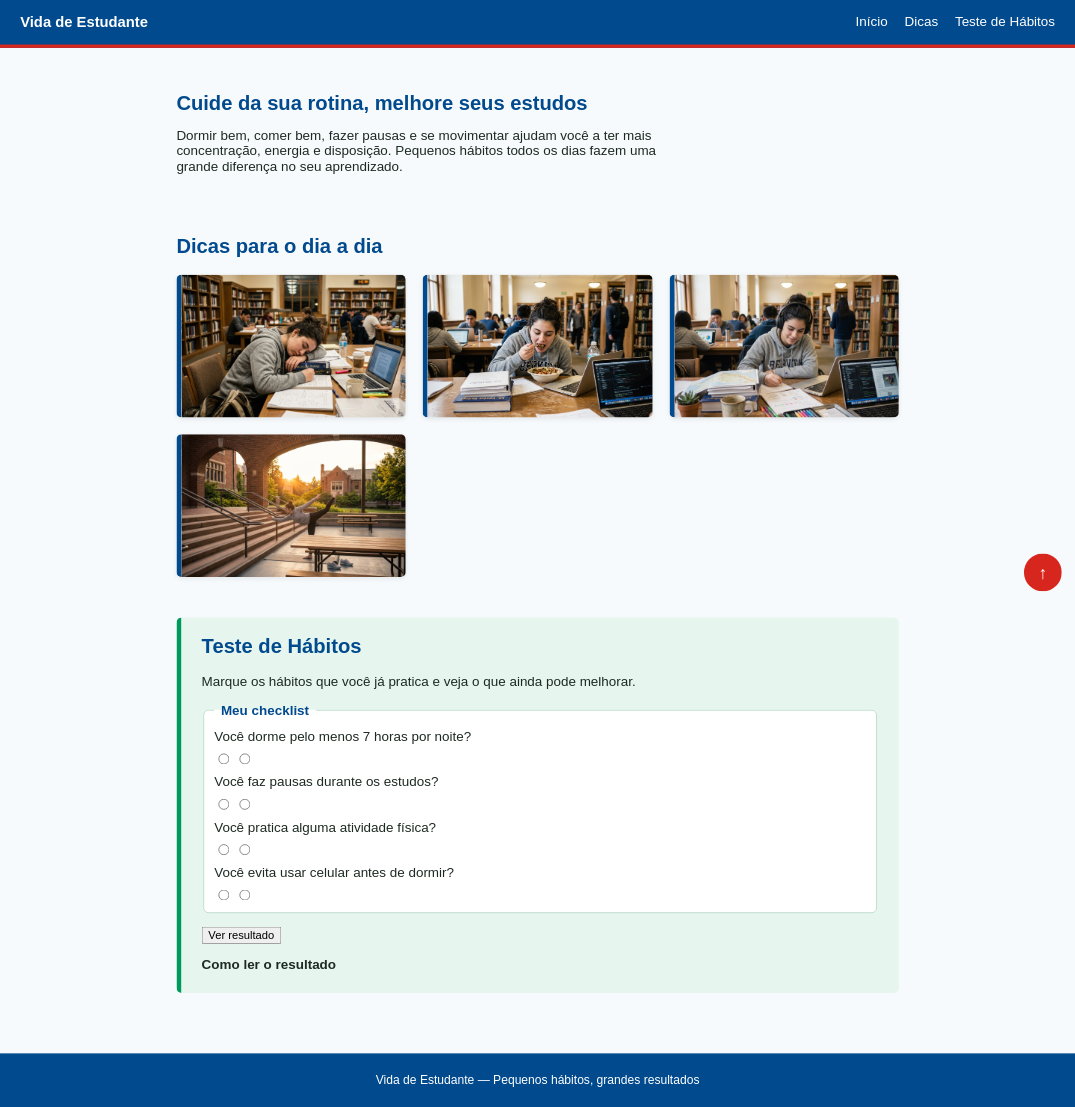
Repository: antonymsantana-design/healf-student
Page: index.html
These files come from the project's save history. The page is drawn as it stood at one moment and after a run of saves; the edit follows.
The browser window is 1280 px wide. The pictures show the whole page, at 84% of full size.

Above is the page before, as saved 2026-10-12 22:22:21.

After the next 2 saves:
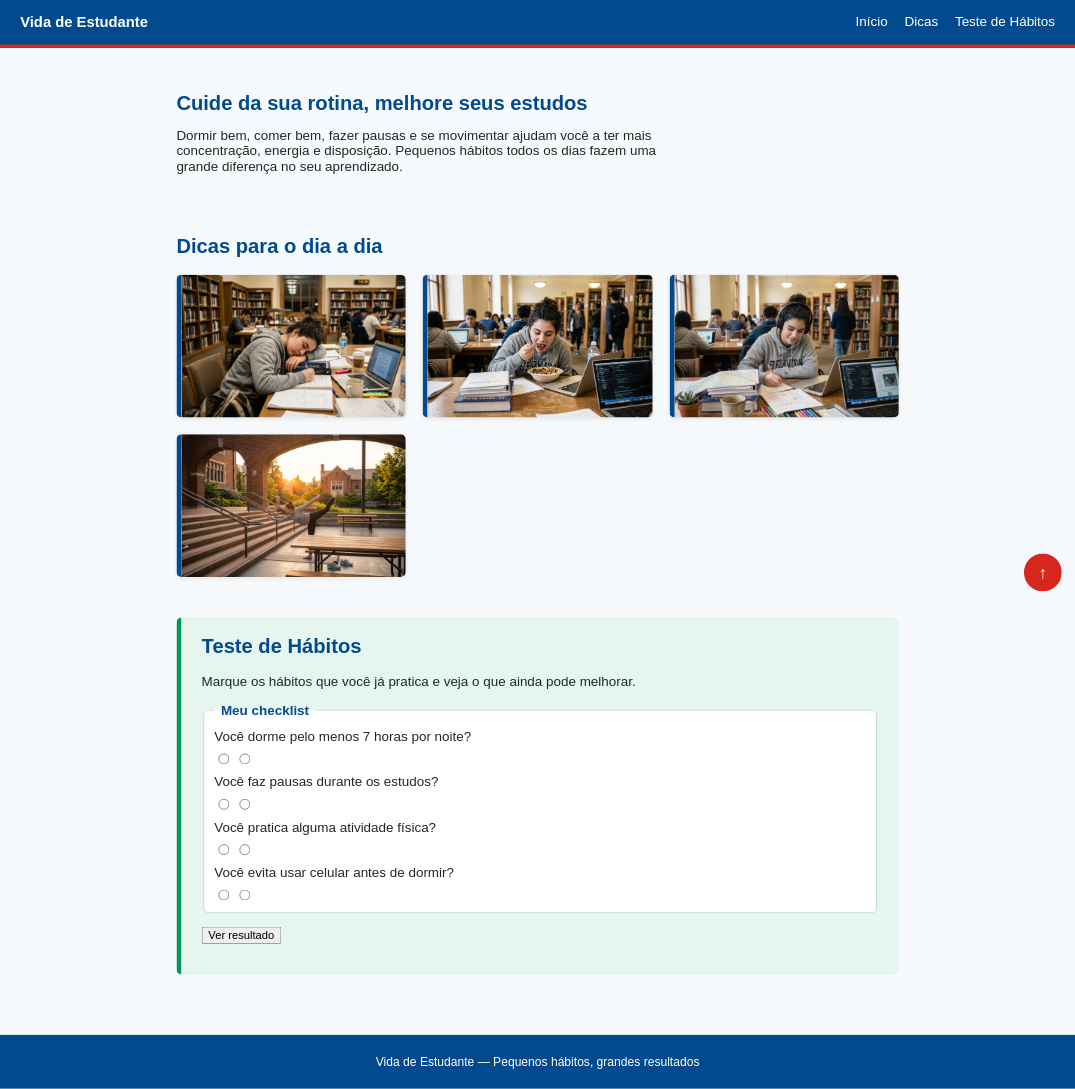
The 2 saves are shown as one change because they came seconds apart.
The last was saved 15 s later.
--- a/index.html
+++ b/index.html
@@ -72,8 +72,6 @@
                 <button id="btn"></button>
             </form>
             <p id="a"></p>
-            <h3>Como ler o resultado</h3>
-
         </section>
     </main>
 
